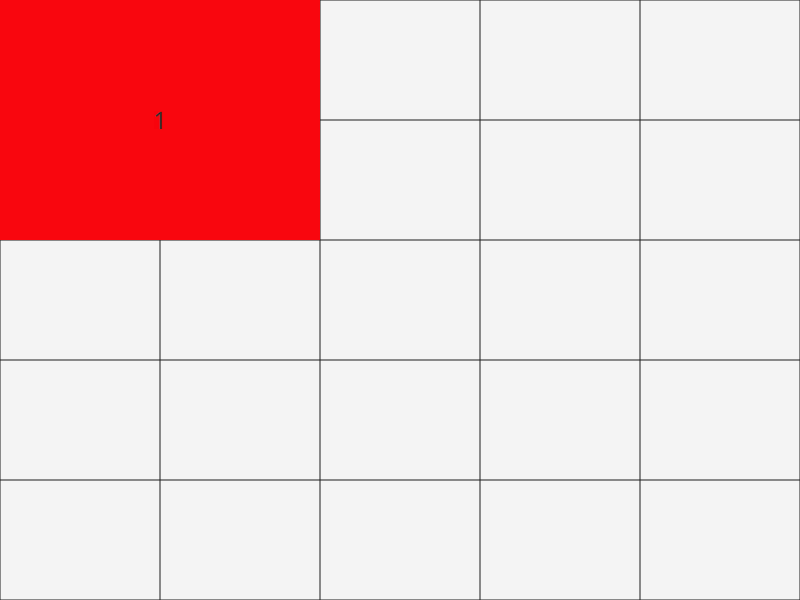
Repository: fredoluzjr/Java-Udemy
Program's window: java Workspace/exercicios-javafx/src/layout/AppLayout.java
The author's editor kept a copy of each file at every save. The program's window is drawn from the files as they stood at one save, then again after the next save.
It runs on Java 21 on a 1366 x 768 screen with JavaFX 11; the title bar is not drawn.

Above is the program's window before, as saved 2021-07-08 23:30:32.

### Workspace/exercicios-javafx/src/layout/AppLayout.java
package layout;

import javafx.application.Application;
import javafx.scene.Parent;
import javafx.scene.Scene;
import javafx.stage.Stage;

public class AppLayout extends Application{

	@Override
	public void start(Stage primaryStage) throws Exception {
		Parent raiz = null;

		raiz = new TesteAnchorPane();
		raiz = new TesteBorderPane();
		raiz = new TesteFlowPane();
		raiz = new TesteGridPane();

		//Scene principal = new Scene(new TesteAnchorPane(), 800, 600);
		Scene principal = new Scene(raiz, 800, 600);

		primaryStage.setScene(principal);
		primaryStage.setTitle("Gerenciadores de Layout");
		primaryStage.show();
	}

	public static void main(String[] args) {
		launch(args);
	}
}

### Workspace/exercicios-javafx/src/layout/TesteGridPane.java
package layout;

import javafx.scene.layout.ColumnConstraints;
import javafx.scene.layout.GridPane;
import javafx.scene.layout.RowConstraints;

public class TesteGridPane extends GridPane{

	public TesteGridPane() {

		Caixa c1 = new Caixa().comTexto("1");
		Caixa c2 = new Caixa().comTexto("2");
		Caixa c3 = new Caixa().comTexto("3");
		Caixa c4 = new Caixa().comTexto("4");
		Caixa c5 = new Caixa().comTexto("5");
		Caixa c6 = new Caixa().comTexto("6");

		setGridLinesVisible(true);

		getColumnConstraints().addAll(cc(), cc(), cc(), cc(), cc());
		getRowConstraints().addAll(rc(), rc(), rc(), rc(), rc());

		add(c1, 0, 0, 2, 2);
	}

	private ColumnConstraints cc() {
		ColumnConstraints cc = new ColumnConstraints();
		cc.setPercentWidth(20);
		cc.setFillWidth(true);
		return cc;
	}

	private RowConstraints rc() {
		RowConstraints rc = new RowConstraints();
		rc.setPercentHeight(20);
		rc.setFillHeight(true);
		return rc;
	}
}

### Workspace/exercicios-javafx/src/layout/TesteAnchorPane.java
package layout;

import javafx.geometry.Pos;
import javafx.scene.layout.AnchorPane;
import javafx.scene.layout.HBox;

public class TesteAnchorPane extends AnchorPane{

	public TesteAnchorPane() {

		Quadrado q1 = new Quadrado();
		setTopAnchor(q1, 10.0);
		setLeftAnchor(q1, 10.0);

		Quadrado q2 = new Quadrado();
		setTopAnchor(q2, 10.0);
		setRightAnchor(q2, 10.0);

		Quadrado q3 = new Quadrado();
		setBottomAnchor(q3, 10.0);
		setLeftAnchor(q3, 10.0);

		Quadrado q4 = new Quadrado();
		setBottomAnchor(q4, 10.0);
		setRightAnchor(q4, 10.0);

		HBox centro = new HBox();
		centro.setAlignment(Pos.CENTER);
		setTopAnchor(centro, 110.0);
		setBottomAnchor(centro, 110.0);
		setLeftAnchor(centro, 110.0);
		setRightAnchor(centro, 110.0);

		Quadrado q5 = new Quadrado();
		centro.getChildren().add(q5);

		getChildren().addAll(q1, q2, q3, q4, centro);
	}
}

### Workspace/exercicios-javafx/src/layout/Quadrado.java
package layout;

import javafx.scene.paint.Color;
import javafx.scene.shape.Rectangle;

public class Quadrado extends Rectangle {

private static int i = 0;

	public String[] cores = {
		"#c33c5e", "#39aac6", "#28d79d",
		"#fb750e", "#6657a8", "#f9060e"
	};

	public Quadrado() {
		this(100, 100);
	}

	public Quadrado(int largura, int altura) {

		setWidth(largura);
		setHeight(altura);

		setFill(Color.web(cores[i]));

		i++;
		if(i == 6) i = 0;
	}
	}

### Workspace/exercicios-javafx/src/layout/TesteBorderPane.java
package layout;

import javafx.scene.layout.BorderPane;

public class TesteBorderPane extends BorderPane{

	public TesteBorderPane() {

		Caixa c1 = new Caixa().comTexto("Topo");
		setTop(c1);

		Caixa c2 = new Caixa().comTexto("Esquerda");
		setLeft(c2);

		Caixa c3 = new Caixa().comTexto("Direita");
		setRight(c3);

		Caixa c4 = new Caixa().comTexto("Fundo");
		setBottom(c4);

		Caixa c5 = new Caixa().comTexto("Área Central");
		setCenter(c5);
	}
}

### Workspace/exercicios-javafx/src/layout/Caixa.java
package layout;

import javafx.geometry.Insets;
import javafx.geometry.Pos;
import javafx.scene.control.Label;
import javafx.scene.layout.Background;
import javafx.scene.layout.BackgroundFill;
import javafx.scene.layout.CornerRadii;
import javafx.scene.layout.HBox;
import javafx.scene.paint.Color;
import javafx.scene.text.Font;

public class Caixa extends HBox {

	private static int i = 0;

	public String[] cores = {
		"#c33c5e", "#39aac6", "#28d79d",
		"#fb750e", "#6657a8", "#f9060e"
	};

	public Caixa() {
		this(100, 100);
	}

	public Caixa(int largura, int altura) {
		setAlignment(Pos.CENTER);

		setMinWidth(largura);
		setMinHeight(altura);

		BackgroundFill fill = new BackgroundFill(Color.web(cores[i]), CornerRadii.EMPTY, Insets.EMPTY);
		setBackground(new Background(fill));

		i++;
		if(i == 6) i = 0;
	}

	public Caixa comTexto(String texto) {
		Label label = new Label(texto);
		label.setFont(new Font(24));
		getChildren().add(label);
		return this;
	}
}

### Workspace/exercicios-javafx/src/layout/TesteFlowPane.java
package layout;

import javafx.geometry.Insets;
import javafx.geometry.Orientation;
import javafx.geometry.Pos;
import javafx.scene.layout.FlowPane;

public class TesteFlowPane extends FlowPane{

	public TesteFlowPane() {
		Quadrado q1 = new Quadrado();
		Quadrado q2 = new Quadrado();
		Quadrado q3 = new Quadrado();
		Quadrado q4 = new Quadrado();
		Quadrado q5 = new Quadrado();

		setHgap(10);
		setVgap(10);
		setPadding(new Insets(10));

		setOrientation(Orientation.VERTICAL);
		setAlignment(Pos.CENTER_RIGHT);

		getChildren().addAll(q1, q2, q3, q4, q5);
	}
}

After the next save:
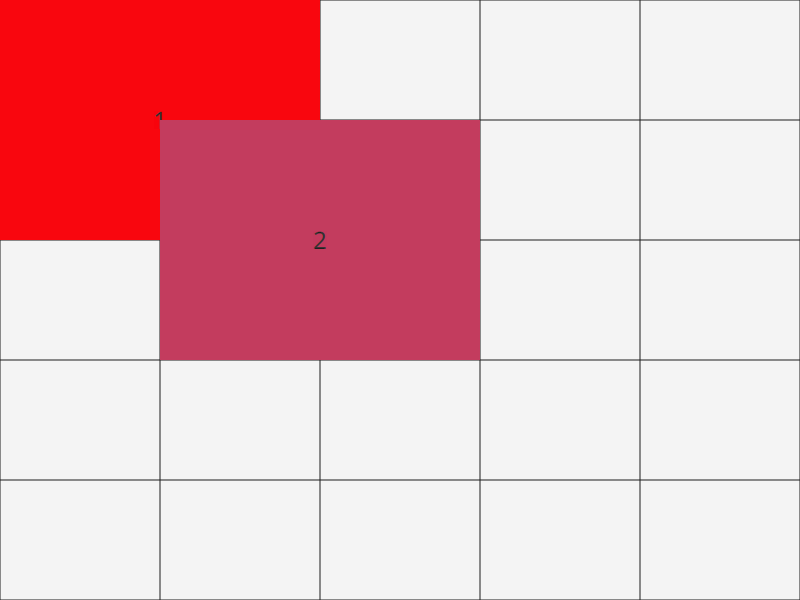
Saved 27 s later.
--- a/Workspace/exercicios-javafx/src/layout/TesteGridPane.java
+++ b/Workspace/exercicios-javafx/src/layout/TesteGridPane.java
@@ -21,6 +21,7 @@
 		getRowConstraints().addAll(rc(), rc(), rc(), rc(), rc());
 
 		add(c1, 0, 0, 2, 2);
+		add(c2, 1, 1, 2, 2);
 	}
 
 	private ColumnConstraints cc() {
